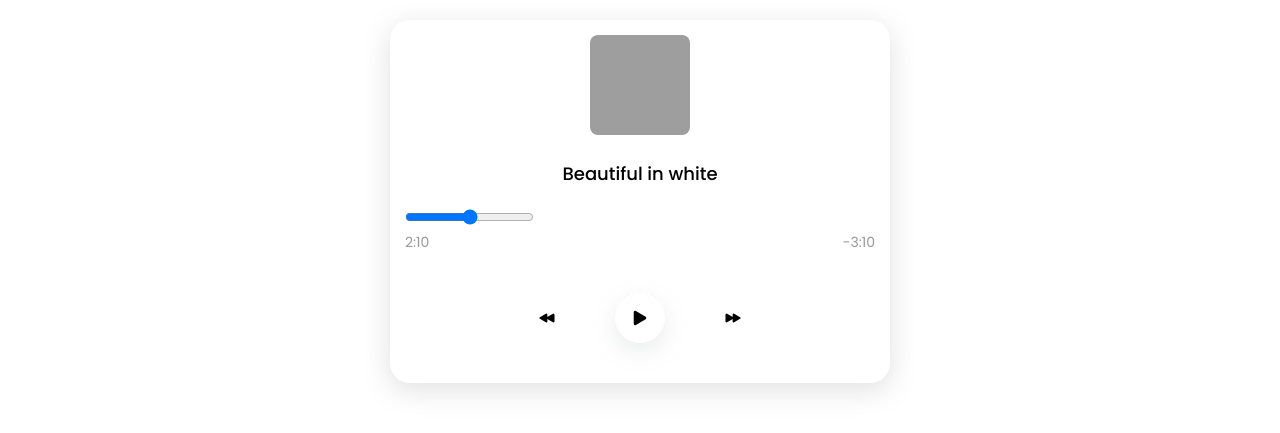
Repository: quyenpv10/mp3__music
Page: index.html
An editor plug-in stored every save of this project. The page is shown before and after the next save, followed by the edit.
The browser window is 1280 px wide. The pictures show the whole page.
Pictures or frames that could not be fetched are drawn as grey boxes.

Above is the page before, as saved 2021-12-10 20:11:36.

After the next save:
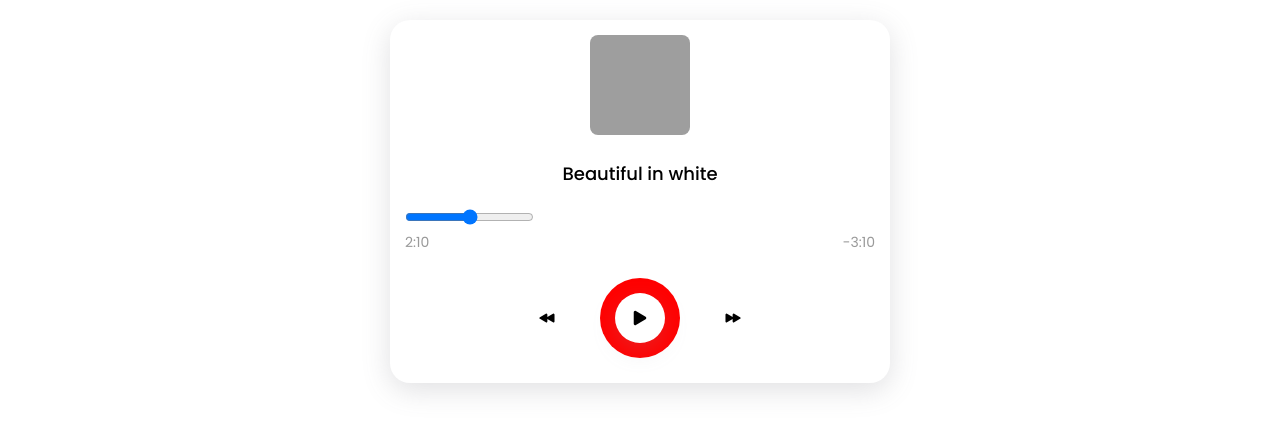
Saved 29 s later.
--- a/app.css
+++ b/app.css
@@ -97,6 +97,6 @@
     justify-content: center;
     align-items: center;
     cursor: pointer;
-    box-shadow: rgba(149, 157, 165, 0.2) 0px 8px 24px;
+    box-shadow: rgba(149, 157, 165, 0.2) 0px 8px 24px, 0 0 0 15px red;
     font-size: 20px;
 }

After the save that followed:
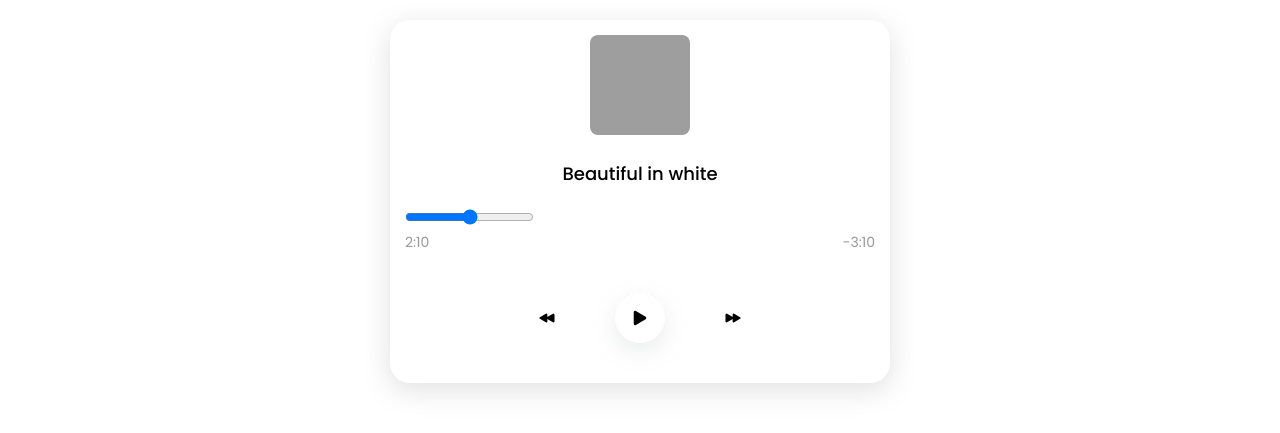
Saved 10 s later.
--- a/app.css
+++ b/app.css
@@ -97,6 +97,6 @@
     justify-content: center;
     align-items: center;
     cursor: pointer;
-    box-shadow: rgba(149, 157, 165, 0.2) 0px 8px 24px, 0 0 0 15px red;
+    box-shadow: rgba(149, 157, 165, 0.2) 0px 8px 24px;
     font-size: 20px;
 }
